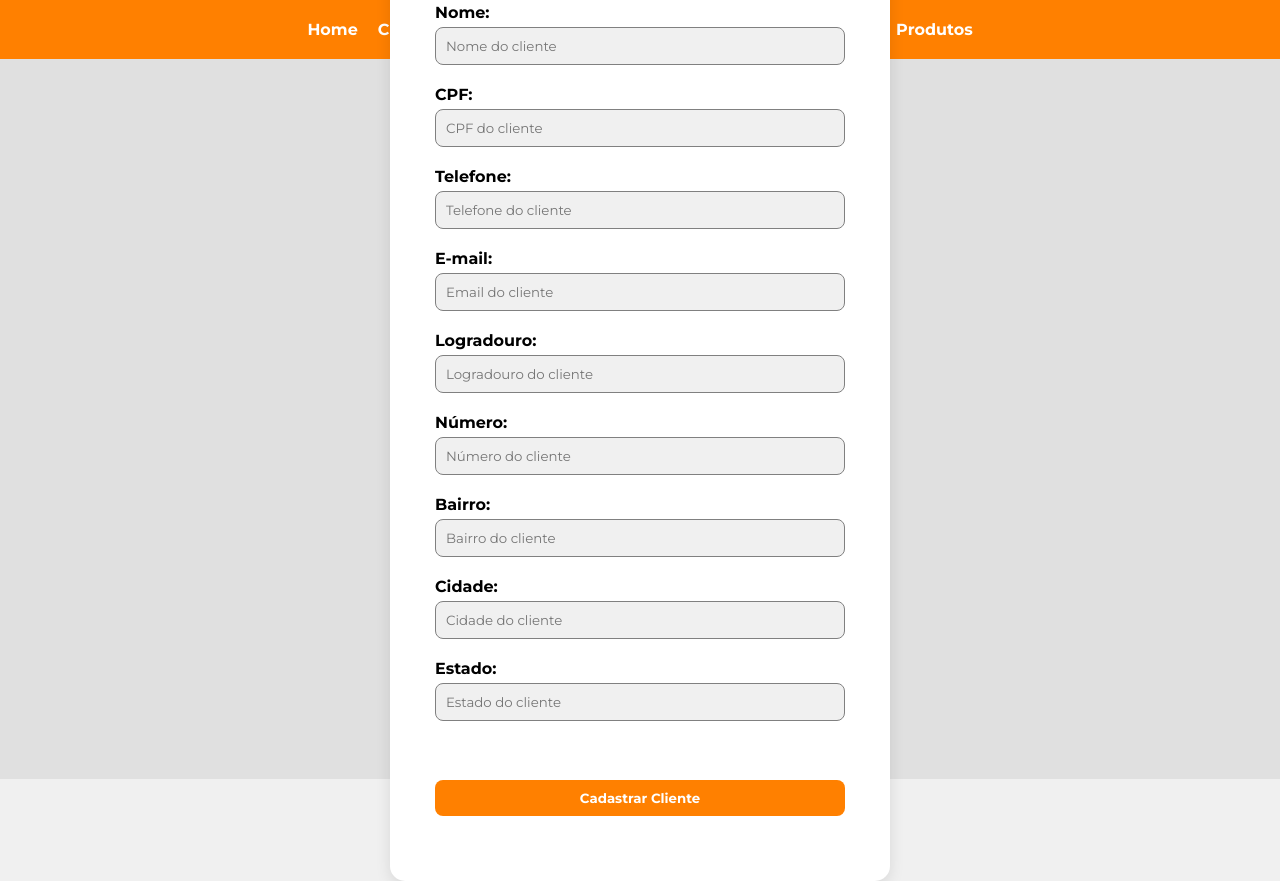
Repository: walterdmp/JavaWeb_BartoBotinas
Page: http://localhost/BartoBotinas/cadastrarCliente.jsp
The author's editor kept a copy of each file at every save. The page is drawn from the files as they stood at one save, then again after the next save.
The browser window is 1280 px wide. The pictures show the whole page.
The page is served by Tomcat 9.

Above is the page before, as saved 2024-07-30 19:49:04.

After the next save:
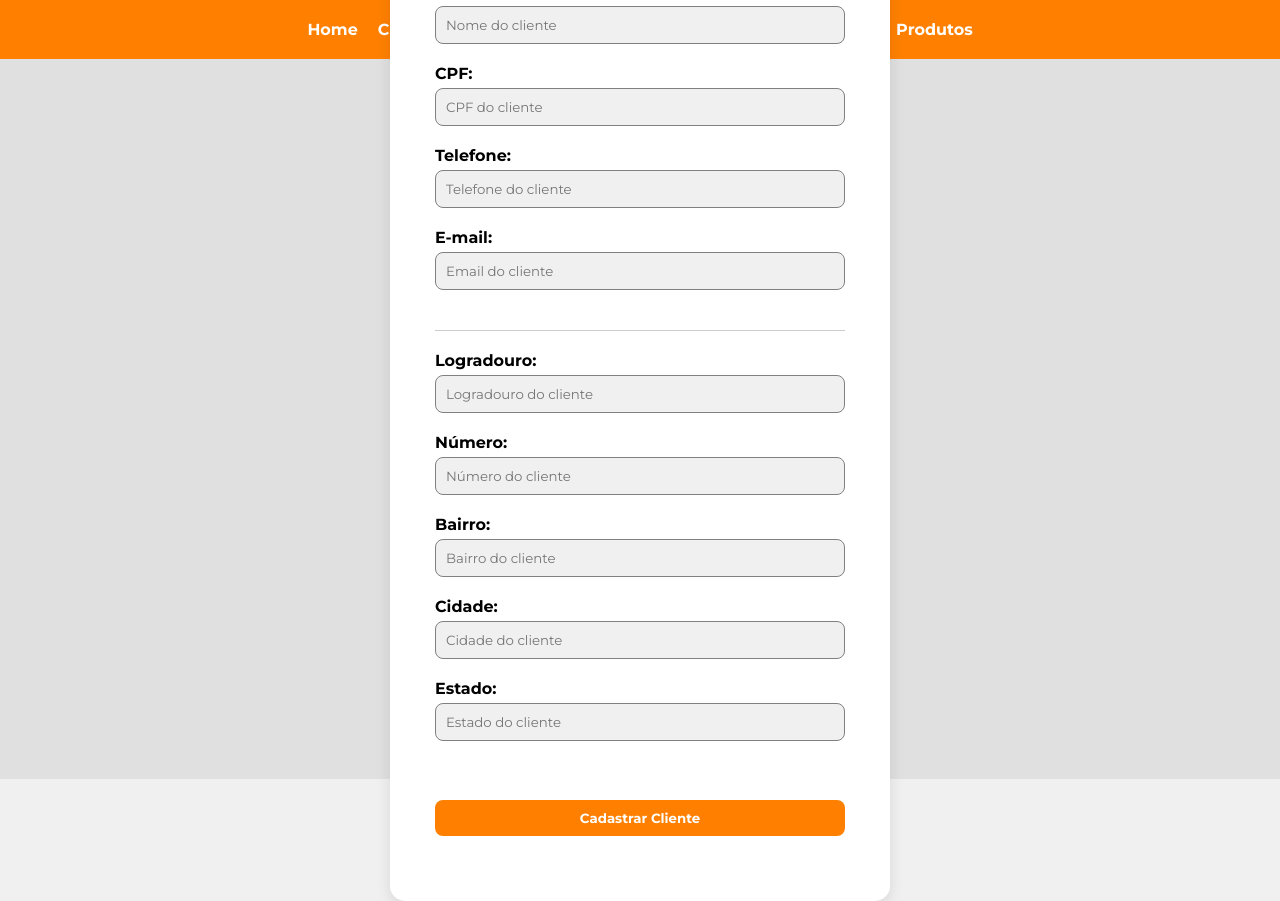
Saved 58 s later.
--- a/BartoBotinas/WebContent/css/estilo.css
+++ b/BartoBotinas/WebContent/css/estilo.css
@@ -103,6 +103,13 @@ body {
 	background-color: #cc6600;
 }
 
+.endereco {
+	margin-top: 20px;
+	padding-top: 20px;
+	border-top: 1px solid #ccc;
+	width: 100%;
+}
+
 @media (max-width: 600px) {
 	.bartoNav ul {
 		flex-direction: column;
